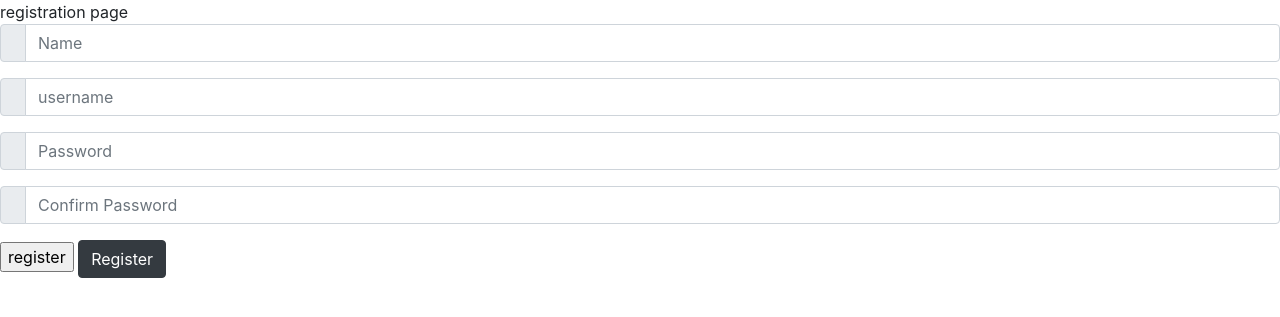
Repository: vishnushelke/LoginPage
Page: http://localhost/MyLoginPage/register.jsp
The author's editor kept a copy of each file at every save. The page is drawn from the files as they stood at one save, then again after the next save.
The browser window is 1280 px wide. The pictures show the whole page.
The page is served by Tomcat 9. Other server files are loaded and not shown.

Above is the page before, as saved 2019-10-10 06:11:45.

### MyLoginPage/WebContent/register.jsp
<%@ page language="java" contentType="text/html; charset=UTF-8"
    pageEncoding="UTF-8"%>
<!DOCTYPE html>
<html>
<head>
<meta charset="UTF-8">
<title>Insert title here</title>
<link rel="stylesheet"
href="https://maxcdn.bootstrapcdn.com/bootstrap/4.3.1/css/bootstrap.min.css">
<script
src="https://ajax.googleapis.com/ajax/libs/jquery/3.4.1/jquery.min.js"></script>
<script
src="https://cdnjs.cloudflare.com/ajax/libs/popper.js/1.14.7/umd/popper.min.js"></script>
<script
src="https://maxcdn.bootstrapcdn.com/bootstrap/4.3.1/js/bootstrap.min.js"></script>
</head>
<body>
<form action="register" method="post">
registration page<br>
<div class="input-group mb-3">
  <div class="input-group-prepend">
    <span class="input-group-text" id="basic-addon1"></span>
  </div>
  <input type="text" class="form-control" placeholder="Name" name="name" aria-label="Name" aria-describedby="basic-addon1">
</div>

<div class="input-group mb-3">
  <div class="input-group-prepend">
    <span class="input-group-text" id="basic-addon1"></span>
  </div>
  <input type="text" class="form-control" placeholder="username" name="username" aria-label="Username" aria-describedby="basic-addon1">
</div>

<div class="input-group mb-3">
  <div class="input-group-prepend">
    <span class="input-group-text" id="basic-addon1"></span>
  </div>
  <input type="password" class="form-control" placeholder="Password" name="password" aria-label="Password" aria-describedby="basic-addon1">
</div>

<div class="input-group mb-3">
  <div class="input-group-prepend">
    <span class="input-group-text" id="basic-addon1"></span>
  </div>
  <input type="password" class="form-control" placeholder="Confirm Password" name="confirm_password" aria-label="Confirm Password" aria-describedby="basic-addon1">
</div>
<input type="submit" value="register">
<button type="submit" class="btn btn-dark">Register</button>
</form>

</body>
</html>

After the next save:
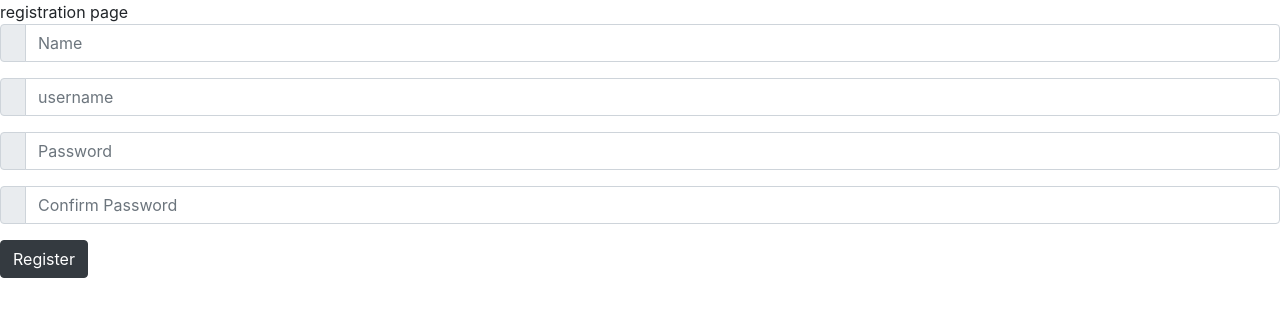
Saved 5 s later.
--- a/MyLoginPage/WebContent/register.jsp
+++ b/MyLoginPage/WebContent/register.jsp
@@ -44,7 +44,6 @@
   </div>
   <input type="password" class="form-control" placeholder="Confirm Password" name="confirm_password" aria-label="Confirm Password" aria-describedby="basic-addon1">
 </div>
-<input type="submit" value="register">
 <button type="submit" class="btn btn-dark">Register</button>
 </form>
 
